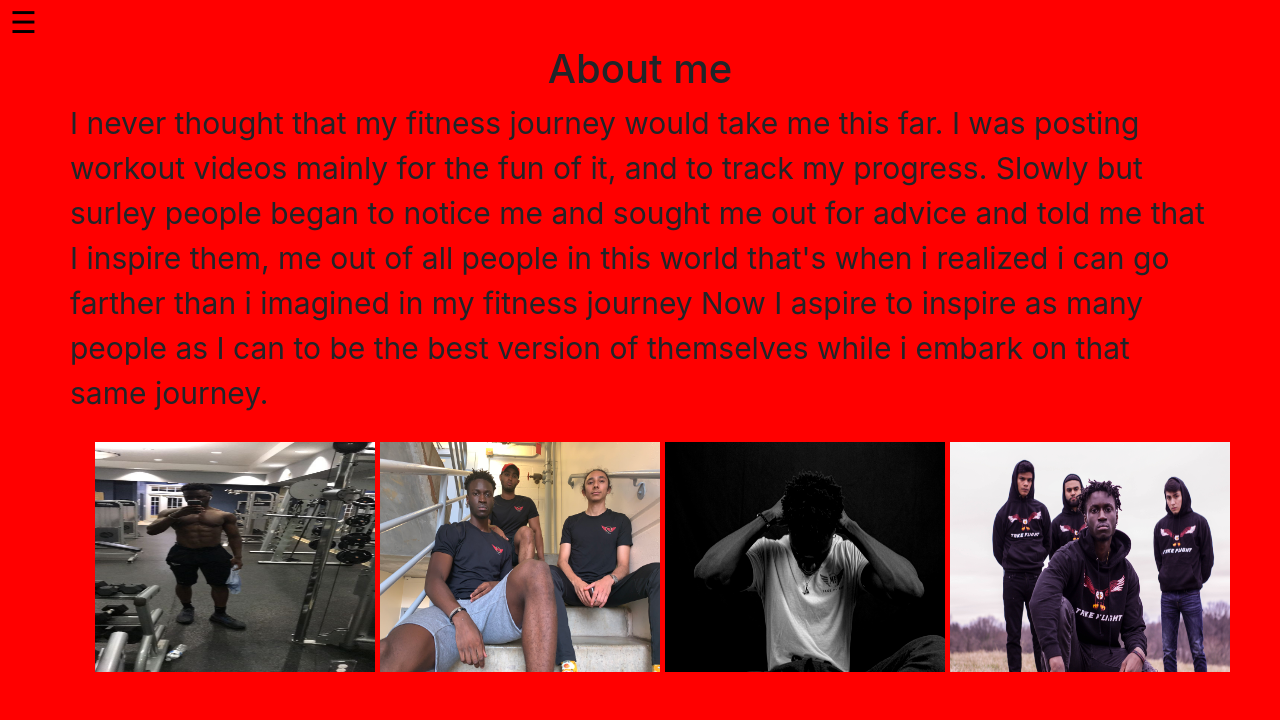
Repository: mamadont/MamadouFitnessWebsite
Page: pages-html/about-me.html
An editor plug-in stored every save of this project. The page is shown before and after the next save, followed by the edit.
The browser window is 1280 px wide. The pictures show the whole page.
Some web libraries are served in a nearby version.

Above is the page before, as saved 2020-07-09 00:18:08.

### pages-html/about-me.html
<!DOCTYPE html>
<html>

<head>
    <title>Mamadou Fitness</title>
    <link rel="stylesheet" href='../pages-css/about-me.css'>
    <meta name="viewport" content="width=device-width, initial-scale=1.0">

    <!-- Bootstrap -->
    <link rel="stylesheet" href="https://stackpath.bootstrapcdn.com/bootstrap/4.5.0/css/bootstrap.min.css" integrity="sha384-9aIt2nRpC12Uk9gS9baDl411NQApFmC26EwAOH8WgZl5MYYxFfc+NcPb1dKGj7Sk" crossorigin="anonymous">
    <!-- Animate.CSS-->
    <link rel="stylesheet" href="https://cdnjs.cloudflare.com/ajax/libs/animate.css/4.0.0/animate.min.css" />
    <!-- Font Awesome -->
    <script src="https://kit.fontawesome.com/0a51dc7bb6.js" crossorigin="anonymous"></script>
</head>

<body>
    <!-- Parent container-->
    <div id="main" class="bg">
        <!-- Hamburger Icon-->
        <span class="menu-icon" onclick="openNav()">&#9776; </span>

        <!-- About me content-->
        <div class="container">
            <!-- Header -->
            <div class="row justify-content-center animate__animated animate__slideInDown">
                <h1 id="header"> About me</h1>
            </div>

            <!-- About me description -->
            <div id="about-me-desc" class="row justify-content-center animate__animated animate__slideInLeft">
                <div>
                    <p>I never thought that my fitness journey would take me this far. I was posting workout videos mainly for the fun of it, and to track my progress. Slowly but surley people began to notice me and sought me out for advice and told me that
                        I inspire them, me out of all people in this world that's when i realized i can go farther than i imagined in my fitness journey Now I aspire to inspire as many people as I can to be the best version of themselves while i embark
                        on that same journey.</p>
                </div>
            </div>

            <!-- Images -->
            <div id="image-row" class="row justify-content-center animate__animated animate__slideInRight">
                <div class="col-3">
                    <img src="../assets/pic1.JPG" />
                </div>
                <div class="col-3">
                    <img src="../assets/pic3.JPG" />
                </div>
                <div class="col-3">
                    <img src="../assets/pic4.JPG" />
                </div>
                <div class="col-3">
                    <img src="../assets/pic2.JPG" />
                </div>

            </div>

        </div>
    </div>

    <!-- Side menu-->
    <div id="myNav" class="overlay">
        <a href="javascript:void(0)" class="closebtn" onclick="closeNav()">&times;</a>
        <div class="overlay-content">
            <!-- Menu Options -->
            <a href="../index.html">Home</a>
            <a href="./pages-html/about-me.html">About me</a>
            <a href="./social-media.html">Social Media</a>
            <a href="#">Workout Programs</a>
            <a href="#">Shop</a>
            <a href="./contact-me.html">Apply for Coaching</a>
        </div>
    </div>

    <!-- Javascript for this page-->
    <script src="../scripts/script.js"></script>
    <!-- Necessary script tags for Bootstrap-->
    <script src="https://code.jquery.com/jquery-3.5.1.slim.min.js" integrity="sha384-DfXdz2htPH0lsSSs5nCTpuj/zy4C+OGpamoFVy38MVBnE+IbbVYUew+OrCXaRkfj" crossorigin="anonymous"></script>
    <script src="https://cdn.jsdelivr.net/npm/popper.js@1.16.0/dist/umd/popper.min.js" integrity="sha384-Q6E9RHvbIyZFJoft+2mJbHaEWldlvI9IOYy5n3zV9zzTtmI3UksdQRVvoxMfooAo" crossorigin="anonymous"></script>
    <script src="https://stackpath.bootstrapcdn.com/bootstrap/4.5.0/js/bootstrap.min.js" integrity="sha384-OgVRvuATP1z7JjHLkuOU7Xw704+h835Lr+6QL9UvYjZE3Ipu6Tp75j7Bh/kR0JKI" crossorigin="anonymous"></script>
</body>

</html>

### pages-css/about-me.css
/* Background Image */

body,
html {
    height: 100%;
    overflow-x: hidden;
    background-color: red;
}

.bg {
    /* The image used */
    background-color: #FF0000;
    /* Full height */
    height: 100%;
    /* Center and scale the image nicely */
    background-position: center;
    background-repeat: no-repeat;
    background-size: cover;
    z-index: -1;
}


/* Hamburger (Menu) icon */

.menu-icon {
    font-size: 30px;
    cursor: pointer;
    padding-left: 10px;
    color: black;
    height: 300px;
    width: 300px;
}


/* About me header */

#about-me-header {
    text-align: center;
}


/* Menu overlay */

.overlay {
    height: 100%;
    width: 0;
    position: fixed;
    z-index: 1;
    top: 0;
    left: 0;
    background-color: black;
    overflow-x: hidden;
    transition: 0.5s;
}

.overlay-content {
    position: relative;
    top: 25%;
    width: 100%;
    text-align: center;
    margin-top: 30px;
}

.overlay a {
    padding: 8px;
    text-decoration: none;
    font-size: 36px;
    color: #818181;
    display: block;
    transition: 0.3s;
}

.overlay a:hover,
.overlay a:focus {
    color: red;
    text-decoration: none;
}

.overlay .closebtn {
    position: absolute;
    top: 20px;
    right: 45px;
    font-size: 60px;
}

@media screen and (max-height: 450px) {
    .overlay a {
        font-size: 20px
    }
    .overlay .closebtn {
        font-size: 40px;
        top: 15px;
        right: 35px;
    }
}


/* About me content */

p {
    font-size: 30px;
}

img {
    height: 250px;
    width: 300px;
    padding: 10px;
}

#header {
    text-align: center;
}


/* For smaller screens */

@media(max-width: 767px) {
    p {
        font-size: larger;
    }
    #about-me-desc {
        padding: 20px;
    }
}

### scripts/script.js
function openNav() {
    // Changes width based on the width of the viewport (30% for larger screens, 100% for smaller screens)
    if (window.innerWidth < 1280) {
        document.getElementById("myNav").style.width = "100%";
    } else {
        document.getElementById("myNav").style.width = "30%";
    }

    document.getElementById("main").style.opacity = 0.5;



}

function closeNav() {
    document.getElementById("myNav").style.width = "0%";
    document.getElementById("main").style.opacity = 1.0
}

After the next save:
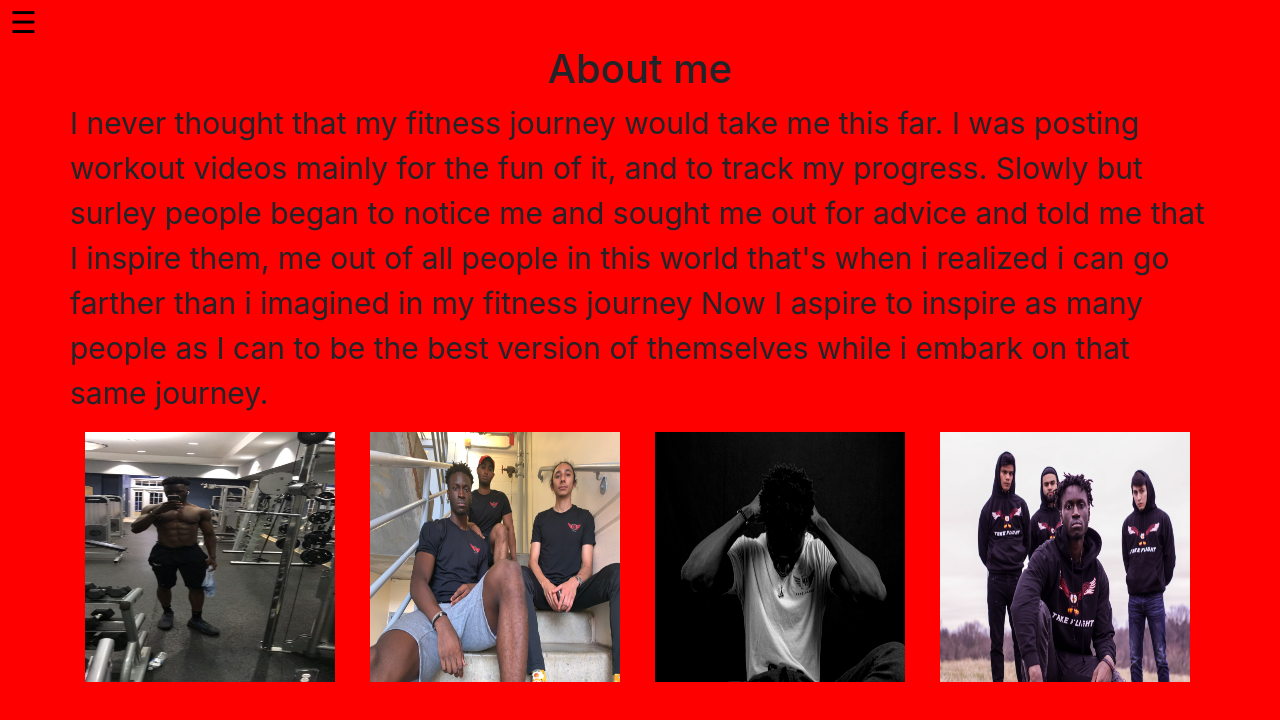
Saved 17 s later.
--- a/pages-css/about-me.css
+++ b/pages-css/about-me.css
@@ -103,8 +103,7 @@ p {
 
 img {
     height: 250px;
-    width: 300px;
-    padding: 10px;
+    width: 250px;
 }
 
 #header {
